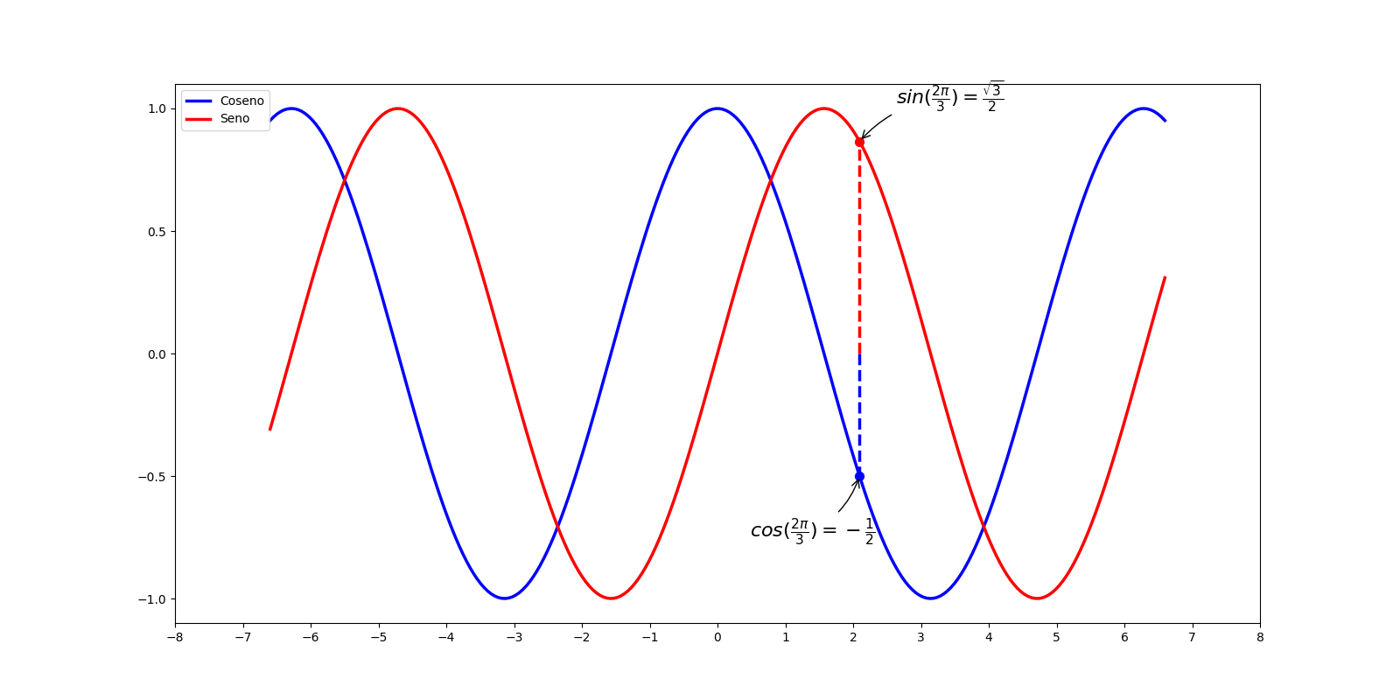
Repository: Jaamunozr/Archivos-python
Script's output: python Archivos Python/Graficas/ejecutable.py
The author's editor kept a copy of each file at every save. The script's output is drawn from the files as they stood at one save, then again after the next save.
Figures wider than 1,400 px are first shrunk to that width. Animations are shown at an early frame. Random numbers start from a fixed seed.

Above is the script's output before, as saved 2020-02-16 21:46:09.

### Archivos Python/Graficas/ejecutable.py
import pylab as pl
import numpy as np

# Crear una figura de 8x6 puntos de tamaño, 80 puntos por pulgada (Se modifica a 16x8)
pl.figure(figsize=(16, 8), dpi=100)

# Crear una nueva subgráfica en una rejilla de 1x1 (se podrian crean una de dos graficas en una reijlla)
pl.subplot(1, 1, 1)
# Obtencion de datos para seno y coseno (Desde -2pi hasta 2pi)
X = np.linspace(-2.1*np.pi, 2.1*np.pi, 256, endpoint=True) #el numero 256 es la cantidad de datos en ese intervalo
C, S = np.cos(X), np.sin(X)

# Graficar la función coseno con una línea continua azul de 1 pixel de grosor
pl.plot(X, C, color="blue", linewidth=1.0, linestyle="-")

# Graficar la función seno con una línea continua verde de 1 pixel de grosor
pl.plot(X, S, color="green", linewidth=1.0, linestyle="-")

# Establecer límites del eje x (Divisiones en X)
pl.xlim(-8.0, 8.0)

# Ticks en x(Impresión de intervalos, cantidad de datos mostrados en el eje)
pl.xticks(np.linspace(-8, 8, 17, endpoint=True))

# Establecer límites del eje y (Divisiones en Y)
pl.ylim(-1.0, 1.0)

# Ticks en y (Impresión de intervalos, cantidad de datos mostrados en el eje)
pl.yticks(np.linspace(-1, 1, 5, endpoint=True))

'''Otra opcion de determinar los limites a imprimir
pl.xticks([-np.pi, -np.pi/2, 0, np.pi/2, np.pi])
pl.yticks([-1, 0, +1]) '''
#AGREGAR LINEAS DE EJES Y QUITAR EL RECUADRO:
'''
ax = pl.gca()
ax.spines['right'].set_color('none')
ax.spines['top'].set_color('none')
ax.xaxis.set_ticks_position('bottom')
ax.spines['bottom'].set_position(('data',0))
ax.yaxis.set_ticks_position('left')
ax.spines['left'].set_position(('data',0))'''

# Guardar la figura usando 72 puntos por pulgada
# savefig("exercice_2.png", dpi=72)

#Indicamos los espacios entre los bordes de grafica y las graficas
#pl.xlim(X.min() * 1.1, X.max() * 1.1)
pl.ylim(C.min() * 1.1, C.max() * 1.1)

#AGREGRA UNA LEYENDA
pl.plot(X, C, color="blue", linewidth=2.5, linestyle="-", label="Coseno")
pl.plot(X, S, color="red",  linewidth=2.5, linestyle="-", label="Seno")
pl.legend(loc='upper left')

#AGREGRA UNA ANOTACION EN UN PUNTO CONOCIDO
t = 2 * np.pi / 3
pl.plot([t, t], [0, np.cos(t)], color='blue', linewidth=2.5, linestyle="--")
pl.scatter([t, ], [np.cos(t), ], 50, color='blue')

pl.annotate(r'$sin(\frac{2\pi}{3})=\frac{\sqrt{3}}{2}$',
            xy=(t, np.sin(t)), xycoords='data',
            xytext=(+30, +30), textcoords='offset points', fontsize=16,
            arrowprops=dict(arrowstyle="->", connectionstyle="arc3,rad=.2")) #DIRECCION DE LA FLECHA

pl.plot([t, t],[0, np.sin(t)], color='red', linewidth=2.5, linestyle="--")
pl.scatter([t, ],[np.sin(t), ], 50, color='red')

pl.annotate(r'$cos(\frac{2\pi}{3})=-\frac{1}{2}$',
            xy=(t, np.cos(t)), xycoords='data',
            xytext=(-90, -50), textcoords='offset points', fontsize=16,
            arrowprops=dict(arrowstyle="->", connectionstyle="arc3,rad=.2"))#DIRECCION DE LA FLECHA




# Mostrar resultado en pantalla (Con 2 segundos de muestreo)
pl.pause(10)

After the next save:
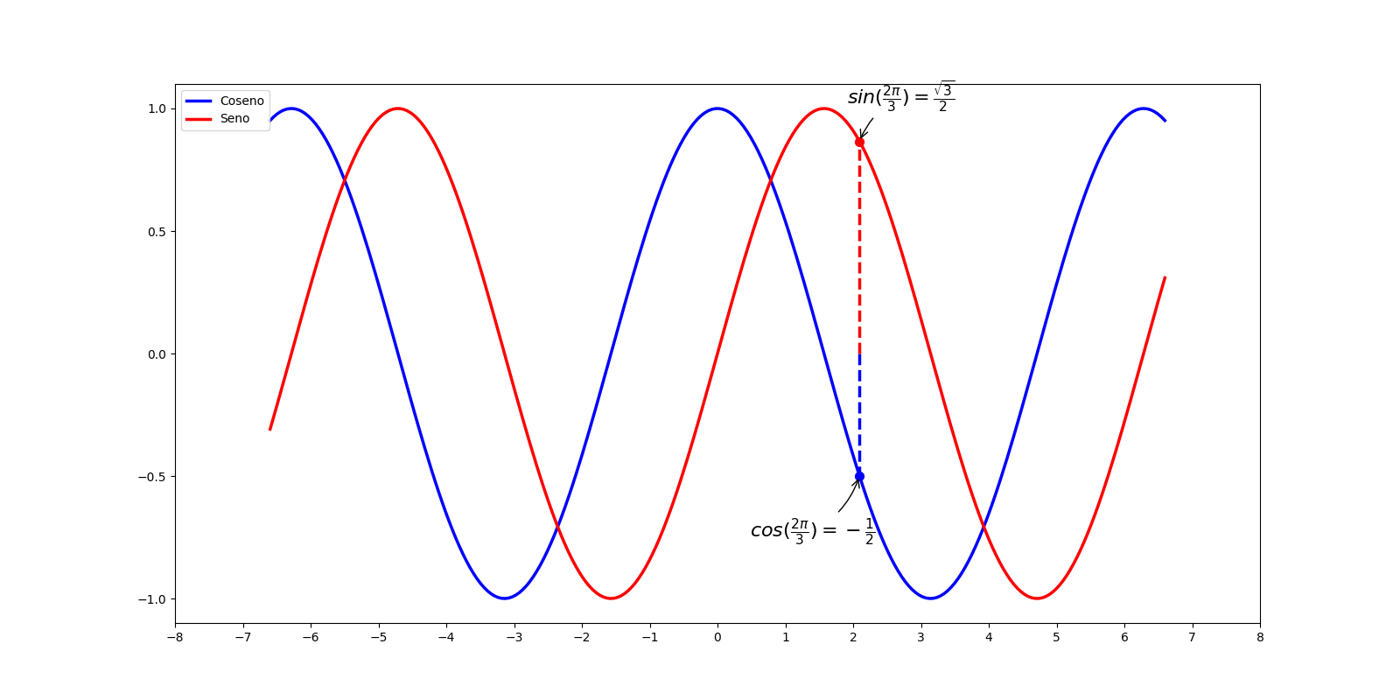
Saved 17 s later.
--- a/Archivos Python/Graficas/ejecutable.py
+++ b/Archivos Python/Graficas/ejecutable.py
@@ -60,7 +60,7 @@ pl.scatter([t, ], [np.cos(t), ], 50, color='blue')
 
 pl.annotate(r'$sin(\frac{2\pi}{3})=\frac{\sqrt{3}}{2}$',
             xy=(t, np.sin(t)), xycoords='data',
-            xytext=(+30, +30), textcoords='offset points', fontsize=16,
+            xytext=(-10, +30), textcoords='offset points', fontsize=16,
             arrowprops=dict(arrowstyle="->", connectionstyle="arc3,rad=.2")) #DIRECCION DE LA FLECHA
 
 pl.plot([t, t],[0, np.sin(t)], color='red', linewidth=2.5, linestyle="--")
